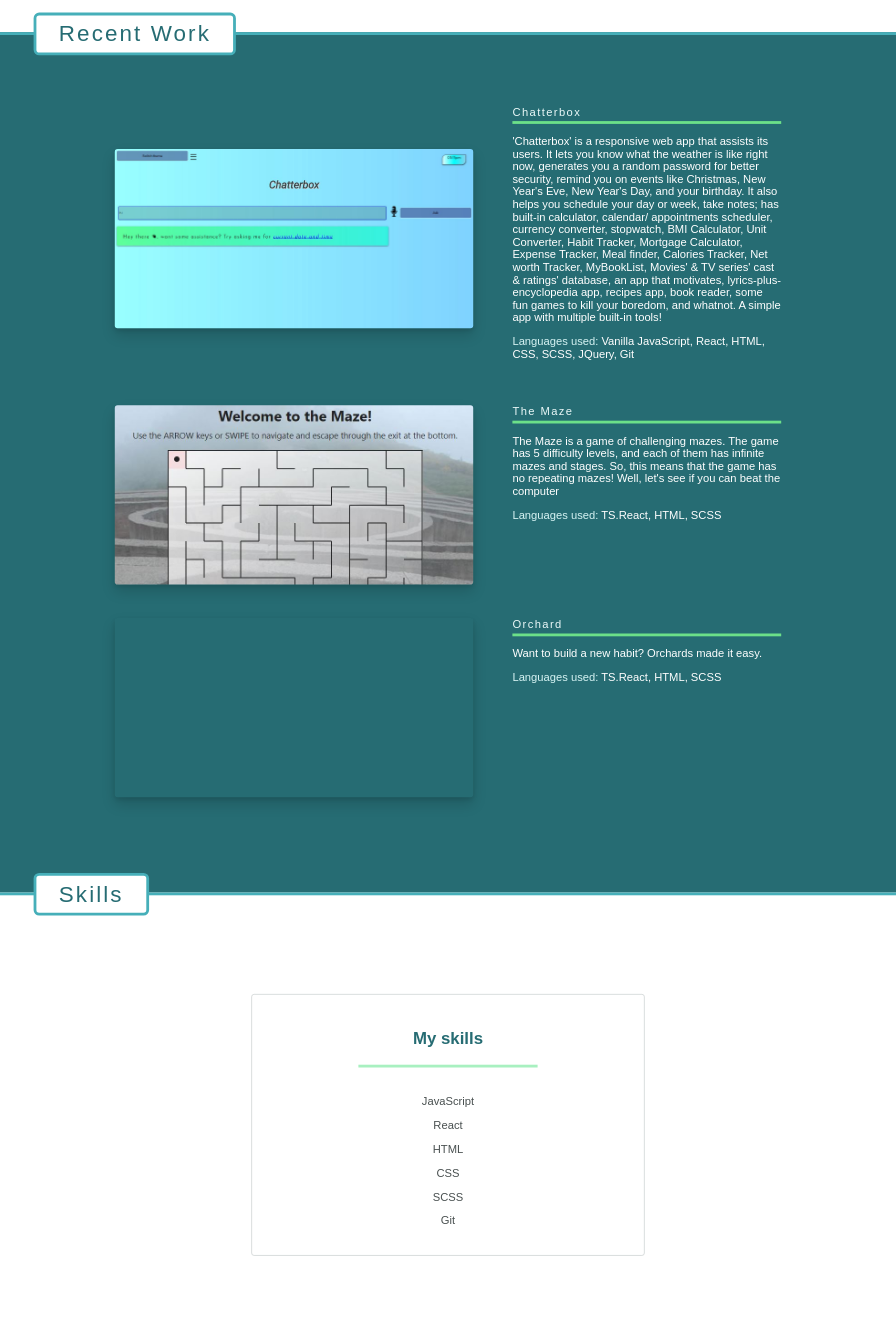
Repository: Abbaskhurram255/port
Page: /
An editor plug-in stored every save of this project. The page is shown before and after the next save, followed by the edit.
The browser window is 1280 px wide. The pictures show the part of the page from y = 820 to 2740 px (the page is 3086 px tall), at 70% of full size.
The page's requests for data from a server got no answer. Some web fonts or font styles are not loaded; a fallback is used. Some web libraries are served in a nearby version. The project was rebuilt for these pictures with package versions that can differ from the ones it lists, and the page was loaded fresh each time. No one was signed in, and anything a server would have sent is missing.

Above is the page before, as saved 2021-01-01 23:00:41.

### public/index.html
<!DOCTYPE html>
<html lang="en">
  <head>
    <meta charset="utf-8" />
    <meta
      name="viewport"
      content="width=device-width, initial-scale=1, shrink-to-fit=no"
    />
    <meta name="theme-color" content="#000000" />
    <meta property="og:title" content="Alex' Portfolio" />
    <meta
      property="og:description"
      content="A portfolio of web applications by Alex/ Khurram"
    />
    <meta property="og:url" content="https://www.abbaskhurram255.github.io/" />
    <meta property="og:image" content="/images/portfolio-home.jpg" />
    <title>Alex' Portfolio</title>
    <link
      href="https://fonts.googleapis.com/css?family=Muli:300,400,600,700"
      rel="stylesheet"
    />
    <link
      rel="stylesheet"
      href="https://use.fontawesome.com/releases/v5.4.2/css/all.css"
      integrity="sha384-/rXc/GQVaYpyDdyxK+ecHPVYJSN9bmVFBvjA/9eOB+pb3F2w2N6fc5qB9Ew5yIns"
      crossorigin="anonymous"
    />
  </head>

  <body>
    <noscript>You need to enable JavaScript to run this app.</noscript>
    <div id="root"></div>
  </body>
</html>

### src/index.tsx
import React from "react";
import ReactDOM from "react-dom";
import App from "./App";
import * as serviceWorker from "./serviceWorker";
import "./styles/styles.scss";

ReactDOM.render(<App />, document.getElementById("root"));

// If you want your app to work offline and load faster, you can change
// unregister() to register() below. Note this comes with some pitfalls.
// Learn more about service workers: http://bit.ly/CRA-PWA
serviceWorker.unregister();

### src/App.tsx
import * as React from "react";
import Contact from "./components/Contact";
import Home from "./components/Home";
import Navbar from "./components/Navbar";
import RecentWork from "./components/RecentWork";
import Skills from "./components/Skills";

class App extends React.Component {
  public render() {
    return (
      <div>
        <Navbar />
        <Home />
        <RecentWork />
        <Skills />
        <Contact />
      </div>
    );
  }
}

export default App;

### src/styles/styles.scss
@import "./base/settings";
@import "./base/base";
@import "./components/navbar";
@import "./components/home";
@import "./components/images";
@import "./components/recent-works";
@import "./components/projects";
@import "./components/project";
@import "./components/skills";
@import "./components/skill";
@import "./components/contact";
@import "./components/social";
@import "./components/section-title";

### src/components/Contact.tsx
import * as React from "react";
import utils from "../utils/constants";
import Social from "./Social";
import Title from "./Title";

const { GITHUB_URL, TWITTER_URL } = utils.social;
const { EMAIL } = utils.contact;

const Contact = () => {
  return (
    <div id="contact" className="contact">
      <Title title="Get in Touch" parentComponent="contact" />
      <div className="contact__social-links">
        <p className="contact__brackets">{"{"}</p>
        <Social socialIcon="fab fa-github" socialUrl={GITHUB_URL} />
        <Social socialIcon="fab fa-twitter" socialUrl={TWITTER_URL} />
        <Social socialIcon="fas fa-envelope" socialUrl={`mailto:${EMAIL}`} />
        <p className="contact__brackets">{"}"}</p>
      </div>
    </div>
  );
};

export default Contact;

### src/components/Home.tsx
import * as React from "react";
import Image from "./Image";
import Text from "./Text";
import Title from "./Title";

const Home = () => {
  return (
    <div className="home">
      <div className="home__text-container">
        <Title
          title="<Alex Puth (aka Khurram) />"
          parentComponent="home"
          subTitle="Front-End Developer"
        />
        <Text parentComponent="home" mobile="" />
      </div>
      <Image
        src="/images/headshot.jpg"
        alt="Headshot of Alex Puth"
        parentComponent="home"
      />
      <Text parentComponent="home" mobile="--mobile" />
    </div>
  );
};

export default Home;

### src/components/Navbar.tsx
import * as React from "react";

interface INavbarState {
  linkClass: string;
  isToggled: boolean;
}

class Navbar extends React.Component {
  public state = {
    isToggled: true,
    linkClass: "navbar__link"
  };

  public toggleNav = () => {
    const { isToggled } = this.state;
    this.setState({ isToggled: !isToggled });
    isToggled
      ? this.setState({ linkClass: "navbar__link--show" })
      : this.setState({ linkClass: "navbar__link" });
  };

  public render() {
    return (
      <div className="navbar">
        <a className="navbar__brand" href="#">
          <p className="navbar__brand-text">AP</p>
        </a>
        <i onClick={this.toggleNav} className="fas fa-bars navbar__hamburger" />
        <div className="navbar__link-box">
          <a className={this.state.linkClass} href="#">
            <p className="navbar__link-text">Home</p>
          </a>

          <a className={this.state.linkClass} href="#recent-works">
            <p className="navbar__link-text">Recent Work</p>
          </a>

          <a className={this.state.linkClass} href="#skills">
            <p className="navbar__link-text">Skills</p>
          </a>

          <a className={this.state.linkClass} href="#contact">
            <p className="navbar__link-text">Contact</p>
          </a>
        </div>
      </div>
    );
  }
}
export default Navbar;

### src/components/RecentWork.tsx
import * as React from "react";
import Projects from "./Projects";
import Title from "./Title";

const RecentWork = () => {
  return (
    <div id="recent-works" className="recent-works">
      <Title title="Recent Work" parentComponent="recent-works" />
      <Projects />
    </div>
  );
};

export default RecentWork;

### src/components/Skills.tsx
import * as React from "react";
import Skill from "./Skill";
import Title from "./Title";

const Skills = () => {
  const technicalSkills: string[] = [
    "JavaScript",
    "React",
    "HTML",
    "CSS",
    "SCSS",
    "Git"
  ];

  return (
    <div id="skills" className="skills">
      <Title title={"Skills"} parentComponent="skills" />
      <div className="skills__set-box">
        <Skill title="My skills" skills={technicalSkills} />
      </div>
    </div>
  );
};

export default Skills;

### src/styles/base/_base.scss
html {
  font-size: 62.5%;
  scroll-behavior: smooth;
}

body {
  margin: 0;
  background-color: $white;
}

button {
  cursor: pointer;
}

button:disabled {
  cursor: default;
}

### src/styles/components/_home.scss
.home {
  display: flex;
  flex-direction: column;
  justify-content: space-around;
  margin: $size-10 auto $size-8 auto;
  max-width: 100rem;
  padding: 0 $size-4;
  @media (min-width: $breakpoint-1) {
    margin: $size-10 25% $size-9 25%;
  }
  @media (min-width: $breakpoint-2) {
    flex-direction: row;
    margin: $size-10 auto $size-12 auto;
  }
}

.home__title-box {
  align-items: center;
  display: flex;
  flex-direction: column;
  justify-content: center;
  margin-top: $size-3;
  @media (min-width: $breakpoint-2) {
    margin: 0;
    margin-left: -$size-9;
    align-items: flex-start;
  }
}

.home__title {
  color: $primary-7;
  font-family: $header;
  font-size: $size-6;
  font-weight: 700;
  letter-spacing: 0.3rem;
  line-height: 1;
  margin: 0;
  @media (min-width: $breakpoint-1) {
    font-size: $size-6;
  }
  @media (min-width: $breakpoint-2 - 13) {
    font-size: $size-7;
  }
  @media (min-width: $breakpoint-3) {
    font-size: 7.2rem;
  }
}

.home__subtitle {
  color: $gray-5;
  font-family: $header;
  font-size: $size-4;
  font-weight: 300;
  margin: $size-3 0;
  @media (min-width: $breakpoint-1) {
    font-size: 1.8rem;
  }
  @media (min-width: $breakpoint-2 - 13) {
    font-size: $size-5;
  }
  @media (min-width: $breakpoint-3) {
    font-size: $size-6;
  }
}

.home__text-container {
  display: flex;
  flex-direction: column;
  justify-content: flex-end;
}

.home__text-box {
  border-left: $size-1 solid $secondary-2;
  margin-top: $size-6;
  padding: $size-5 $size-4;
  width: $size-14;
  @media (max-width: $breakpoint-2 - 1) {
    display: none;
  }
}

.home__text-box--mobile {
  border-left: $size-1 solid $secondary-2;
  box-sizing: border-box;
  margin-top: $size-6;
  padding: $size-2;
  width: 100%;
  @media (min-width: $breakpoint-2) {
    display: none;
  }
}

.home__text {
  color: $gray-7;
  font-family: $text;
  font-size: $size-3;
  line-height: 2;
  margin: 0;
  padding: $size-2;
  @media (min-width: $breakpoint-2) {
    font-size: $size-4;
  }
}

.home__text-link {
  @extend .home__text;
  color: $primary-7;
  padding: 0;
  text-decoration: none;
}

.home__text-link:hover {
  color: $primary-5;
}

### src/styles/components/images.scss
.home-image-box {
  background: $gradient-1;
  border-radius: $radius-2;
  box-shadow: $shadow-2;
  padding: $size-3;
  @media (min-width: $breakpoint-2) {
    display: block;
    padding: $size-7;
  }
}

.home-image {
  border-radius: $radius-2;
  box-shadow: $shadow-3;
  margin: 0;
  width: 100%;
  @media (min-width: $breakpoint-2) {
    margin-right: -$size-10;
    height: $size-13;
    width: $size-13;
  }
}

### src/styles/components/_recent-works.scss
.recent-works {
  align-items: center;
  background: $primary-7;
  border-top: $size-1 solid $primary-5;
  display: flex;
  flex-direction: column;
  padding-bottom: $size-2;
  @media (min-width: $breakpoint-1) {
    padding-left: 22%;
    padding-right: 22%;
  }
  @media (min-width: $breakpoint-2) {
    padding: 0;
    padding-bottom: $size-8;
  }
}

.recent-works__title-box {
  background: $white;
  border: $size-1 solid $primary-5;
  border-radius: $size-2;
  display: flex;
  flex-direction: column;
  justify-content: center;
  margin-top: -$size-5;
  padding: $size-2;
  @media (min-width: $breakpoint-2) {
    align-self: flex-start;
    margin-left: $size-7;
    margin-top: -$size-6;
    padding: $size-2 $size-6;
  }
}

.recent-works__title {
  color: $primary-7;
  font-family: $header;
  font-size: $size-4;
  font-weight: 400;
  letter-spacing: 0.3rem;
  margin: 0;
  padding: 0;
  @media (min-width: $breakpoint-2) {
    font-size: $size-6;
  }
}

### src/styles/components/_projects.scss
.projects {
  display: flex;
  flex-direction: column;
  justify-content: space-between;
  margin: $size-4 $size-7;
  width: 100%;
  @media (min-width: $breakpoint-2) {
    margin: $size-7;
    width: 100rem;
  }
}

### src/styles/components/_skills.scss
.skills {
  align-items: center;
  border-top: $size-1 solid $primary-5;
  display: flex;
  flex-direction: column;
  padding-bottom: $size-8;
  @media (min-width: $breakpoint-1) {
    padding-left: 20%;
    padding-right: 20%;
  }
  @media (min-width: $breakpoint-2) {
    padding: 0;
    padding-bottom: $size-8;
  }
}

.skills__title-box {
  background: $white;
  border: $size-1 solid $primary-5;
  border-radius: $size-2;
  display: flex;
  flex-direction: column;
  justify-content: center;
  margin-top: -$size-5;
  padding: $size-2;
  @media (min-width: $breakpoint-2) {
    align-self: flex-start;
    margin-left: $size-7;
    margin-top: -$size-6;
    padding: $size-2 $size-6;
  }
}

.skills__title {
  color: $primary-7;
  font-family: $header;
  font-size: $size-4;
  font-weight: 400;
  letter-spacing: 0.3rem;
  margin: 0;
  padding: 0;
  @media (min-width: $breakpoint-2) {
    font-size: $size-6;
  }
}

.skills__set-box {
  display: flex;
  flex-direction: column;
  justify-content: space-around;
  margin: 0;
  width: 100%;
  @media (min-width: $breakpoint-2) {
    flex-direction: row;
    margin: $size-9 $size-7;
    width: 100rem;
  }
}

### src/styles/components/_skill.scss
.skill {
  align-items: center;
  border: 1px solid $gray-3;
  border-radius: $radius-2;
  display: flex;
  flex-direction: column;
  margin: $size-4 auto;
  padding: $size-5;
  width: 80%;
  @media (min-width: $breakpoint-2) {
    margin: $size-4;
    padding: $size-5;
    width: $size-14;
  }
}

.skill__title-box {
  border-bottom: $size-1 solid $secondary-3;
  display: flex;
  justify-content: center;
  padding: 0;
  width: 100%;
  @media (min-width: $breakpoint-2) {
    width: $size-12;
  }
}

.skill__title {
  color: $primary-7;
  font-family: $text;
  font-size: $size-4;
  @media (min-width: $breakpoint-2) {
    font-size: $size-5;
  }
}

.skill__box {
  padding-top: $size-5;
  width: 100%;
}

.skill__name {
  color: $gray-7;
  font-family: $text;
  font-size: $size-4;
  text-align: center;
}

### src/styles/components/_contact.scss
.contact {
  align-items: center;
  border-top: $size-1 solid $primary-5;
  display: flex;
  flex-direction: column;
  background: #266c73;
}

.contact__title-box {
  background: $white;
  border: $size-1 solid $primary-5;
  border-radius: $size-2;
  display: flex;
  flex-direction: column;
  justify-content: center;
  margin-top: -$size-5;
  padding: $size-2 $size-6;
  @media (min-width: $breakpoint-2) {
    align-self: flex-start;
    margin-left: $size-7;
    margin-top: -$size-6;
  }
}

.contact__title {
  color: $primary-7;
  font-family: $header;
  font-size: $size-4;
  font-weight: 400;
  letter-spacing: 0.3rem;
  margin: 0;
  padding: 0;
  @media (min-width: $breakpoint-2) {
    font-size: $size-6;
  }
}

.contact__social-links {
  display: flex;
  color: rgb(48, 25, 25);
  margin: $size-8 0 $size-9 0;
}

.contact__brackets {
  color: $secondary-3;
  font-family: $text;
  font-size: $size-8;
  font-weight: 300;
  line-height: 0.5;
  margin: 0 $size-4;
  padding: 0;
  @media (min-width: $breakpoint-2) {
    display: block;
    font-size: $size-10;
  }
}

.fas:not(.navbar__hamburger), .fab {
  color: whitesmoke;
}

### src/styles/components/_social.scss
.social {
  color: $primary-5;
  font-size: $size-5;
  margin: $size-3;
  outline: none;
  transition-property: color, transform;
  transition-duration: 0.1s;
  transition-timing-function: ease;
  @media (min-width: $breakpoint-2) {
    font-size: $size-7;
    margin: $size-5;
  }
}

.social:hover,
.social:focus {
  color: $primary-6;
  transform: scale(1.2);
}

### src/styles/components/_section-title.scss
.section-title__box {
  align-self: flex-start;
  background: $white;
  border: $size-1 solid $primary-8;
  border-radius: $size-2;
  display: flex;
  flex-direction: column;
  justify-content: center;
  margin: -$size-6 0 0 $size-7;
  padding: $size-2 $size-6;
}

.section-title {
  color: $primary-7;
  font-family: $header;
  font-size: $size-6;
  font-weight: 400;
  letter-spacing: 0.3rem;
  margin: 0;
  padding: 0;
}

### src/utils/constants.ts
export default {
  contact: {
    EMAIL: process.env.REACT_APP_EMAIL || "abbaskhuram255@gmail.com"
  },
  social: {
    GITHUB_URL:
      process.env.REACT_APP_GITHUB_URL || "https://github.com/abbaskhurram255",
    TWITTER_URL:
      process.env.REACT_APP_TWITTER_URL || "https://twitter.com/alexputh255",
  }
};

### src/components/Social.tsx
import * as React from "react";

interface ISocialProps {
  socialIcon: string;
  socialUrl: string;
}

const Social = (props: ISocialProps) => {
  const { socialIcon, socialUrl } = props;
  return (
    <a
      href={socialUrl}
      rel="noopener noreferrer"
      className="social"
      target="_blank"
    >
      <i className={socialIcon} />
    </a>
  );
};

export default Social;

### src/components/Title.tsx
import * as React from "react";

interface ITitleProps {
  title: string;
  parentComponent: string;
  subTitle?: string;
}

const Title = (props: ITitleProps) => {
  const { title, subTitle, parentComponent: component } = props;
  return (
    <div className={`${component}__title-box`}>
      <h1 className={`${component}__title`}>{title}</h1>
      {subTitle && <h2 className={`${component}__subtitle`}>{subTitle}</h2>}
    </div>
  );
};

export default Title;

### src/components/Image.tsx
import * as React from "react";

interface IImageProps {
  src: string;
  alt: string;
  parentComponent: string;
}

const Image = (props: IImageProps) => {
  const { src, alt, parentComponent: component } = props;
  return (
    <div className={`${component}-image-box`}>
      <img src={`/Portfolio${src}`} alt={alt} className={`${component}-image`} />
    </div>
  );
};

export default Image;

### src/components/Text.tsx
import * as React from "react";

interface ITextProps {
  parentComponent: string;
  mobile: string;
}

const Text = (props: ITextProps) => {
  const { parentComponent: component, mobile } = props;
  return (
    <div className={`${component}__text-box${mobile}`}>
      <p className={`${component}__text`}>
        Hi, my name is Alex, and I'm a frontend developer. I love using
        functional programming concepts in JavaScript and building web
        applications with it. I'm a coding enthusiast. I've been creating web
        applications since I was 13 - I'm 19 now. It's been my hobby
        since I was a kid, the programming. {" "}
      </p>
      <p className={`${component}__text`}>I'm currently
        trying to get familiar with Vue, and Angular.</p>
    </div>
  );
};

export default Text;

### src/components/Projects.tsx
import * as React from "react";
import { projects } from "../utils/data";
import Project from "./Project";

const Projects = () => (
  <div className="projects">
    {projects.map(project => (
      <Project
        project={project.name}
        projectDescription={project.description}
        projectSourceCode={project.sourceCode}
        projectTools={project.tools}
        projectUrl={project.url}
        image={project.image}
        androidVLink={project.androidVLink}
        key={project.name}
      />
    ))}
  </div>
);

export default Projects;

### src/components/Skill.tsx
import * as React from "react";

interface ISkillProps {
  skills: string[];
  title: string;
}

const DeveloperSkills = (props: ISkillProps) => {
  const { skills, title } = props;
  return (
    <div className="skill">
      <div className="skill__title-box">
        <h3 className="skill__title">{title}</h3>
      </div>
      <div className="skill__box">
        {skills.map((skill: string) => (
          <p className="skill__name" key={skill}>
            {skill}
          </p>
        ))}
      </div>
    </div>
  );
};

export default DeveloperSkills;

### src/utils/data.ts

interface IProject {
  description: string;
  image: string;
  name: string;
  androidVLink: string;
  sourceCode: string;
  tools: string;
  url: string;
}

export const projects: IProject[] = [
  {
    description:
      "'Chatterbox' is a responsive web app that assists its users. It lets you know what the weather is like right now, generates you a random password for better security, remind you on events like Christmas, New Year's Eve, New Year's Day, and your birthday. It also helps you schedule your day or week, take notes; has built-in calculator, calendar/ appointments scheduler, currency converter, stopwatch, BMI Calculator, Unit Converter, Habit Tracker, Mortgage Calculator, Expense Tracker, Meal finder, Calories Tracker, Net worth Tracker, MyBookList, Movies' & TV series' cast & ratings' database, an app that motivates, lyrics-plus-encyclopedia app, recipes app, book reader, some fun games to kill your boredom, and whatnot. A simple app with multiple built-in tools!",
    image: "meal to list",
    name: "Chatterbox",
    androidVLink: "about:blank",
    sourceCode: "https://github.com/Abbaskhurram255/Chatterbox/",
    tools: "Vanilla JavaScript, React, HTML, CSS, SCSS, JQuery, Git",
    url: "https://abbaskhurram255.github.io/Chatterbox/getting-started"
  },
  {
    description:
      "The Maze is a game of challenging mazes. The game has 5 difficulty levels, and each of them has infinite mazes and stages. So, this means that the game has no repeating mazes! Well, let's see if you can beat the computer",
    image: "maze",
    name: "The Maze",
    androidVLink: "https://github.com/Abbaskhurram255/maze/raw/main/public/android/the-maze.apk?raw=true",
    sourceCode: "https://github.com/Abbaskhurram255/maze/",
    tools: "TS.React, HTML, SCSS",
    url: "https://alexs-maze-game.netlify.app"
  },
  {
    description:
      "Want to build a new habit? Orchards made it easy.",
    image: "orchard",
    name: "Orchard",
    androidVLink: "https://github.com/Abbaskhurram255/habit-builder/raw/main/android/orchard.apk?raw=true",
    sourceCode: "https://github.com/Abbaskhurram255/",
    tools: "TS.React, HTML, SCSS",
    url: "https://abbaskhurram255.github.io/"
  }
];

### src/components/Project.tsx
import * as React from "react";

interface IProjectProps {
  image: string;
  project: string;
  projectDescription: string;
  projectTools: string;
  projectSourceCode: string;
  projectUrl: string;
  androidVLink: string;
}

const Project = (props: IProjectProps) => {
  const {
    image,
    project,
    projectDescription,
    projectSourceCode,
    projectTools,
    projectUrl,
    androidVLink
  } = props;
  return (
    <div className="project">
      <div className={`project__image-box project__image-box--${image}`}>
        <div className="project__link-box">
          {projectUrl && (
            <a
              className="project__link"
              href={projectUrl}
              rel="noopener noreferrer"
              target="_blank"
            >
              View Site
            </a>
          )}
          <a
            className="project__link"
            href={projectSourceCode}
            rel="noopener noreferrer"
            target="_blank"
          >
            View Source Code
          </a>
          <a
            className="project__link"
            href={androidVLink}
            rel="noopener noreferrer"
            target="_blank"
          >
            Try on Android
          </a>
        </div>
      </div>
      <div className="project__info-box">
        <h3 className="project__name">{project}</h3>
        <p className="project__description">{projectDescription}</p>
        <p className="project__description">
          <span className="project__tools-label">Languages used:</span>{" "}
          {projectTools}
        </p>
      </div>
      <div className="project__link-box--mobile">
        {projectUrl && (
          <a
            className="project__link--mobile"
            href={projectUrl}
            rel="noopener noreferrer"
            target="_blank"
          >
            View Site
          </a>
        )}
        <a
          className="project__link--mobile"
          href={projectSourceCode}
          rel="noopener noreferrer"
          target="_blank"
        >
          View Source Code
        </a>
        <a
            className="project__link--mobile"
            href={androidVLink}
            rel="noopener noreferrer"
            target="_blank"
          >
            Try on Android
          </a>
      </div>
    </div>
  );
};

export default Project;

Loaded but not shown: src/serviceWorker.ts (common file); src/styles/components/_project.scss (148 lines, source omitted); src/styles/base/_settings.scss (89 lines, source omitted); src/styles/components/_navbar.scss (137 lines, source omitted)

After the next save:
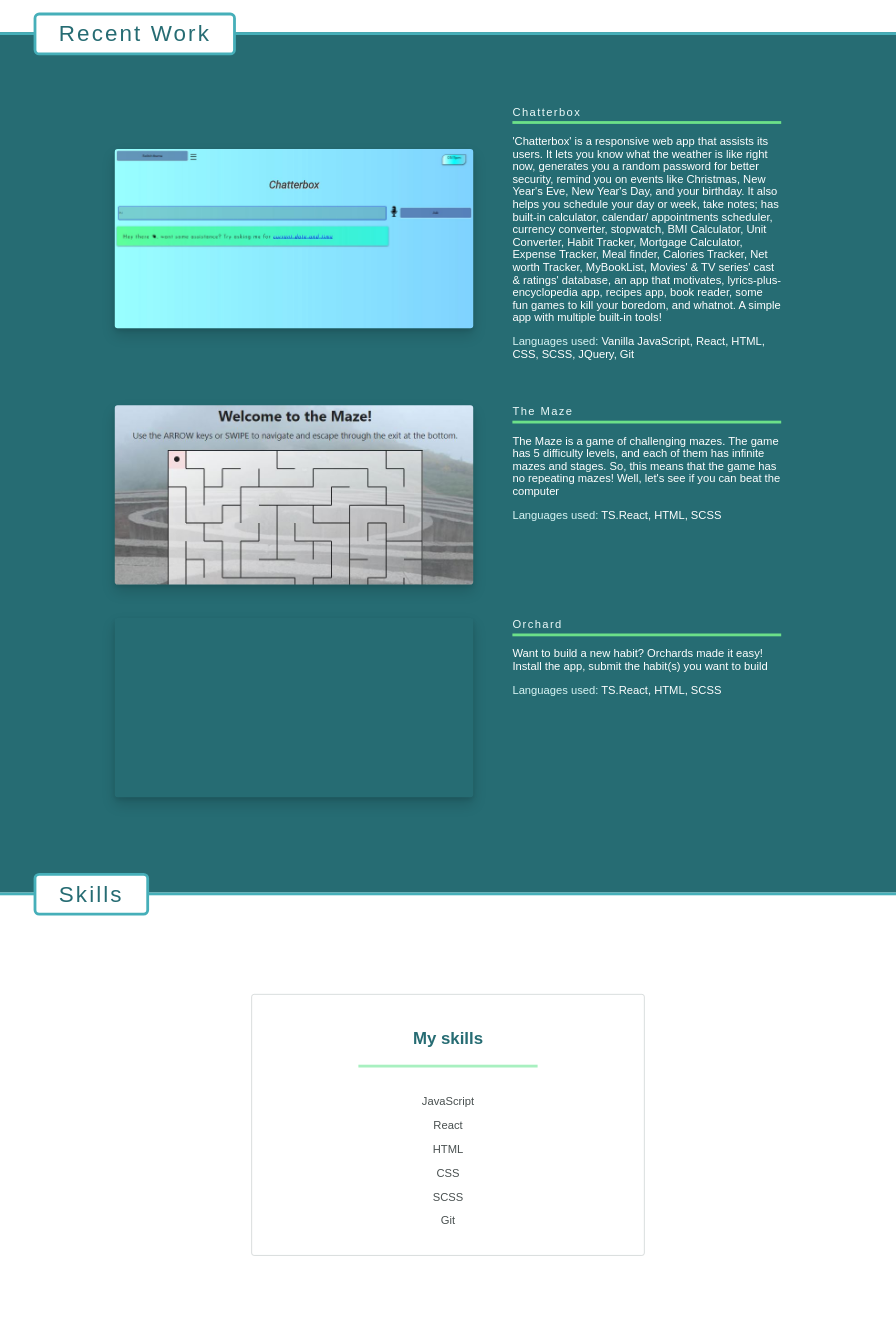
Saved 35 s later.
--- a/src/utils/data.ts
+++ b/src/utils/data.ts
@@ -32,7 +32,7 @@
   },
   {
     description:
-      "Want to build a new habit? Orchards made it easy.",
+      "Want to build a new habit? Orchards made it easy! Install the app, submit the habit(s) you want to build",
     image: "orchard",
     name: "Orchard",
     androidVLink: "https://github.com/Abbaskhurram255/habit-builder/raw/main/android/orchard.apk?raw=true",
